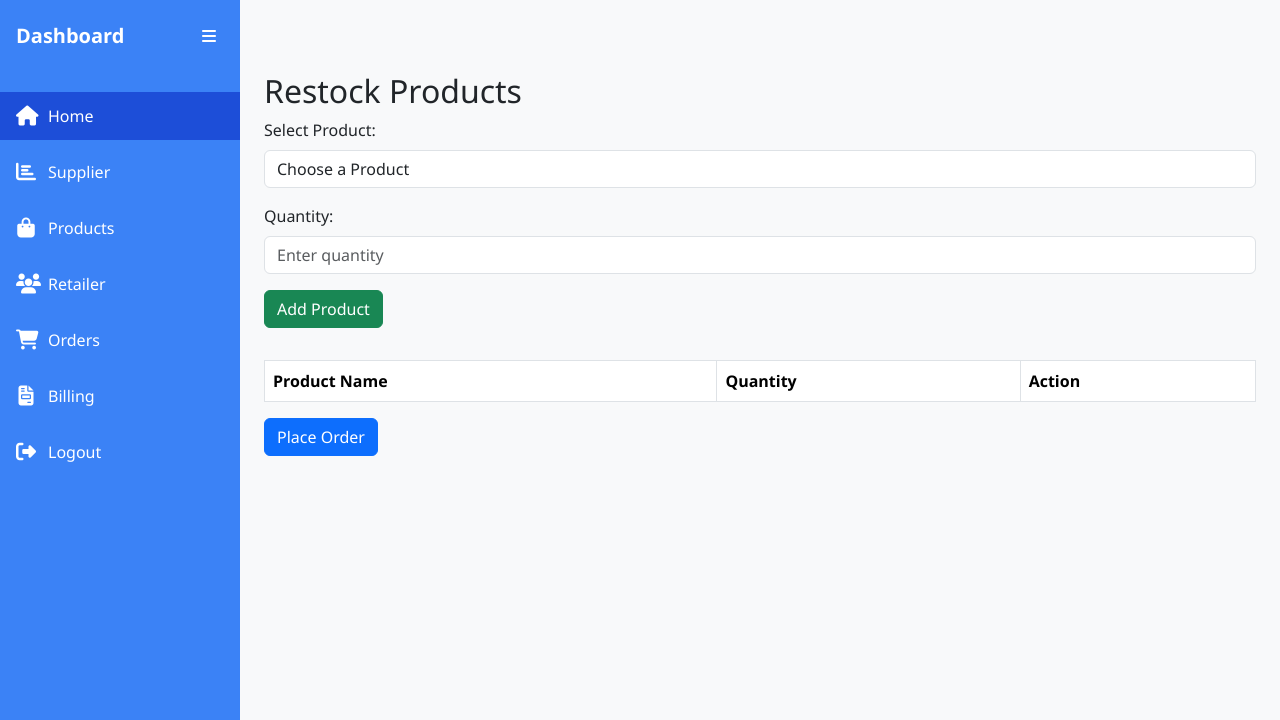
Repository: AditiAjitSalvi/Inventory_Managment
Page: http://localhost/Paper_inventory/NewFile.jsp
These files come from the project's save history. The page is drawn as it stood at one moment and after the next save; the edit follows.
The browser window is 1280 px wide. The pictures show the whole page.
The page is served by Tomcat 10. Other server files are loaded and not shown. Queries for data that is not in the repository find no rows.

Above is the page before, as saved 2025-06-04 14:02:56.

### Paper_inventory/Paper_inventory/src/main/webapp/NewFile.jsp
<%@ page language="java" contentType="text/html; charset=UTF-8"
	pageEncoding="UTF-8"%>
<%@ page import="java.sql.*"%>
<%@page import="java.sql.DriverManager"%>
<%@page import="com.mysql.cj.jdbc.Driver"%>
<%@page import="java.sql.ResultSet"%>
<%@page import="java.sql.Statement"%>
<%@page import="java.sql.Connection"%>

<!DOCTYPE html>
<html lang="en">
<head>
<meta charset="UTF-8">
<meta name="viewport" content="width=device-width, initial-scale=1.0">
<title>Create Purchase Order</title>
<!-- Bootstrap CSS -->
<link
	href="https://cdn.jsdelivr.net/npm/bootstrap@5.3.2/dist/css/bootstrap.min.css"
	rel="stylesheet">
<!-- Font Awesome for icons -->
<link rel="stylesheet"
	href="https://cdnjs.cloudflare.com/ajax/libs/font-awesome/6.4.2/css/all.min.css">
<!-- Custom CSS -->
<style>
/* Main Layout */
body {
	margin: 0;
	padding: 0;
	background-color: #f8f9fa;
	font-family: 'Segoe UI', Tahoma, Geneva, Verdana, sans-serif;
}

.dashboard-container {
	display: flex;
	min-height: 100vh;
}

/* Sidebar Styles */
.sidebar {
	width: 240px;
	background-color: #3b82f6; /* Blue 600 equivalent */
	color: white;
	transition: all 0.3s ease-in-out;
	display: flex;
	flex-direction: column;
}

.sidebar.collapsed {
	width: 64px;
}

.sidebar-header {
	display: flex;
	justify-content: space-between;
	align-items: center;
	padding: 16px;
}

.sidebar-title {
	font-size: 1.25rem;
	font-weight: bold;
	margin: 0;
}

.sidebar-toggle {
	background: transparent;
	border: none;
	color: white;
	cursor: pointer;
	padding: 8px;
}

.sidebar-toggle:hover {
	background-color: rgba(255, 255, 255, 0.1);
	border-radius: 4px;
}

.sidebar-menu {
	display: flex;
	flex-direction: column;
	padding-top: 16px;
}

.sidebar-link {
	display: flex;
	align-items: center;
	padding: 12px 16px;
	text-decoration: none;
	color: white;
	margin: 4px 0;
	transition: background-color 0.2s;
}

.sidebar-link:hover {
	background-color: #2563eb; /* Blue 700 equivalent */
	color: white;
}

.sidebar-link.active {
	background-color: #1d4ed8; /* Blue 800 equivalent */
	color: white;
}

.sidebar-link i {
	font-size: 1.25rem;
	width: 20px;
	text-align: center;
}

.sidebar-link .link-text {
	margin-left: 12px;
	white-space: nowrap;
}

.sidebar.collapsed .sidebar-title, .sidebar.collapsed .link-text {
	display: none;
}

/* Main Content */
.main-content {
	flex: 1;
	padding: 24px;
	overflow-y: auto;
}

/* Stat Cards */
.stat-card {
	border-radius: 8px;
	border: 1px solid rgba(0, 0, 0, 0.125);
	box-shadow: 0 1px 3px rgba(0, 0, 0, 0.1);
}

.stat-icon {
	font-size: 1.25rem;
	color: #6b7280; /* Text muted equivalent */
}

.stat-title {
	font-size: 0.875rem;
	color: #6b7280; /* Text muted equivalent */
	margin-bottom: 4px;
}

.stat-value {
	font-size: 1.5rem;
	font-weight: bold;
	margin: 0;
}

/* Chart Container */
.chart-container {
	height: 320px;
	width: 100%;
}

/* Product Visualization */
.product-visualization {
	height: 256px;
	background-color: #312e81; /* Indigo 950 equivalent */
	border-radius: 50%;
}

/* Status Badges */
.status {
	padding: 4px 8px;
	border-radius: 4px;
	font-size: 0.75rem;
	font-weight: 500;
	display: inline-block;
	text-align: center;
}

.status.pending {
	background-color: #fff8e6;
	color: #d97706; /* Amber 500 equivalent */
}

.status.urgent {
	background-color: #fef2f2;
	color: #ef4444; /* Red 500 equivalent */
}

.status.completed {
	background-color: #ecfdf5;
	color: #10b981; /* Green 500 equivalent */
}

/* Orders Page Styles */
.orders-container {
	max-width: 100%;
	margin: 0 auto;
}

.search-wrapper {
	width: 300px;
}

.order-table {
	font-size: 0.9rem;
}

.order-table th {
	font-weight: 600;
	color: #4b5563;
	border-bottom-width: 1px;
}

.order-table td {
	vertical-align: middle;
}

.order-table .form-check {
	margin: 2;
}

/* Responsive Adjustments */
@media ( max-width : 768px) {
	.sidebar {
		width: 64px;
	}
	.sidebar .sidebar-title, .sidebar .link-text {
		display: none;
	}
	.main-content {
		padding: 16px;
	}
	.orders-container .btn-group {
		display: flex;
		flex-direction: column;
	}
	.orders-container .btn-group .btn {
		margin-bottom: 8px;
		margin-right: 0 !important;
	}
	.search-wrapper {
		width: 100%;
		margin-bottom: 16px;
	}
}

.action-buttons {
	position: absolute;
	right: 20px;
	top: 150px;
	display: flex;
	gap: 10px;
}

@media ( max-width : 992px) {
	.orders-container .d-flex {
		flex-direction: column;
	}
	.orders-container .d-flex .btn {
		margin-bottom: 8px;
	}
}

.card:hover {
	transform: translateY(-5px);
	box-shadow: 0 10px 20px rgba(0, 0, 0, 0.1);
	transition: 0.3s ease;
}
</style>
</head>
<body>
	<div class="dashboard-container">
		<!-- Sidebar -->
		<div class="sidebar" id="sidebar">
			<div class="sidebar-header">
				<h2 class="sidebar-title">Dashboard</h2>
				<button class="btn sidebar-toggle" id="sidebarToggle">
					<i class="fa fa-bars"></i>
				</button>
			</div>
			<div class="sidebar-menu">
				<a href="Home.jsp" class="sidebar-link active"> <i class="fa fa-home"></i>
					<span class="link-text">Home</span>
				</a> <a href="" class="sidebar-link"> <i class="fa fa-chart-bar"></i>
					<span class="link-text">Supplier</span>
				</a> <a href="Product.jsp" class="sidebar-link"> <i class="fa fa-shopping-bag"></i>
					<span class="link-text">Products</span>
				</a> <a href="Retailer.jsp" class="sidebar-link"> <i class="fa fa-users"></i> <span
					class="link-text">Retailer</span>
					<a href="Order.jsp" class="sidebar-link">
						<i class="fa fa-shopping-cart"></i> <span class="link-text">Orders</span>
				</a>

				</a> <a href="Billing.jsp" class="sidebar-link"> <i class="fa fa-file-invoice"></i>
					<span class="link-text">Billing</span>
				</a> <a href="Login.html" class="sidebar-link"> <i
					class="fa fa-sign-out-alt"></i> <span class="link-text">Logout</span>
				</a>
			</div>
		</div>

		<div class="main-content container mt-5">
			<h2>Restock Products</h2>
			<form action="SavePurchase.jsp" method="post" id="purchaseForm">
				<div class="mb-3">
					<label for="product" class="form-label">Select Product:</label> <select
						class="form-control" id="product" name="product">
						<option value="" disabled selected>Choose a Product</option>
						<%
						try {
							Class.forName("com.mysql.cj.jdbc.Driver");
							Connection con = DriverManager.getConnection("jdbc:mysql://localhost:3307/inventory", "root", "");
							Statement stmt = con.createStatement();
							ResultSet rs = stmt.executeQuery("SELECT product_id, product_name FROM products");
							while (rs.next()) {
						%>
						<option value="<%=rs.getInt("product_id")%>"
							data-name="<%=rs.getString("product_name")%>">
							<%=rs.getString("product_name")%>
						</option>
						<%
						}
						con.close();
						} catch (Exception e) {
						out.println("Error loading products: " + e.getMessage());
						}
						%>
					</select>
				</div>

				<div class="mb-3">
					<label for="quantity" class="form-label">Quantity:</label> <input
						type="number" class="form-control" id="quantity" min="1"
						placeholder="Enter quantity">
				</div>

				<button type="button" class="btn btn-success mb-3"
					onclick="addProduct()">Add Product</button>


				<table class="table table-bordered mt-3" id="productTable">
					<thead>
						<tr>
							<th>Product Name</th>
							<th>Quantity</th>
							<th>Action</th>
						</tr>
					</thead>
					<tbody>
						<!-- Dynamically filled by JS -->
					</tbody>
				</table>

				<button type="submit" class="btn btn-primary">Place Order</button>


			</form>
		</div>
	</div>

	<script
		src="https://cdn.jsdelivr.net/npm/bootstrap@5.3.2/dist/js/bootstrap.bundle.min.js"></script>
	<!--<script>

	// Wait for the DOM to be fully loaded
	document.addEventListener('DOMContentLoaded', function() {
		// Sidebar toggle functionality
		const sidebarToggle = document.getElementById('sidebarToggle');
		const sidebar = document.getElementById('sidebar');

		sidebarToggle.addEventListener('click', function() {
			sidebar.classList.toggle('collapsed');
		});

		// Check if we're on mobile
		function checkMobile() {
			if (window.innerWidth < 768) {
				sidebar.classList.add('collapsed');
			} else {
				sidebar.classList.remove('collapsed');
			}
		}

		// Initial check
		checkMobile();

		// Listen for window resize
		window.addEventListener('resize', checkMobile);
  let purchaseProducts = [];

  function addProduct() {
	  const productSelect = document.getElementById('product');
	  const selectedOption = productSelect.options[productSelect.selectedIndex];
	  const quantityInput = document.getElementById('quantity');
	  const tableBody = document.getElementById('productTable').getElementsByTagName('tbody')[0];

	  const productId = productSelect.value;
	  const productName = selectedOption.getAttribute('data-name') || selectedOption.text;
	  const quantity = parseInt(quantityInput.value);

	  if (!productId) {
	    alert("Please select a product.");
	    return;
	  }

	  if (isNaN(quantity) || quantity <= 0) {
	    alert("Please enter a valid quantity.");
	    return;
	  }

	  if (purchaseProducts.some(p => p.productId === productId)) {
	    alert("Product already added. Remove it before adding again.");
	    return;
	  }

	  // Add to array
	  purchaseProducts.push({ productId, productName, quantity });

	  // Add to table
	  const newRow = tableBody.insertRow();
	  newRow.setAttribute("data-product-id", productId);

	  // Use insertCell instead of innerHTML
	  const cell0 = newRow.insertCell(0);
	  cell0.innerText = productName;
	  const hiddenInputId = document.createElement("input");
	  hiddenInputId.type = "hidden";
	  hiddenInputId.name = "productId[]";
	  hiddenInputId.value = productId;
	  cell0.appendChild(hiddenInputId);

	  const cell1 = newRow.insertCell(1);
	  cell1.innerText = quantity;
	  const hiddenInputQty = document.createElement("input");
	  hiddenInputQty.type = "hidden";
	  hiddenInputQty.name = "quantity[]";
	  hiddenInputQty.value = quantity;
	  cell1.appendChild(hiddenInputQty);

	  const cell2 = newRow.insertCell(2);
	  cell2.innerHTML = `<button type="button" class="btn btn-danger btn-sm" onclick="removeProduct(this)">Remove</button>`;

	  // Reset form
	  productSelect.selectedIndex = 0;
	  quantityInput.value = "";
	}


  function removeProduct(button) {
    const row = button.closest("tr");
    const productId = row.getAttribute("data-product-id");

    // Remove from array
    purchaseProducts = purchaseProducts.filter(p => p.productId !== productId);

    // Remove row
    row.remove();
  }
</script>-->


</body>
</html>

After the next save:
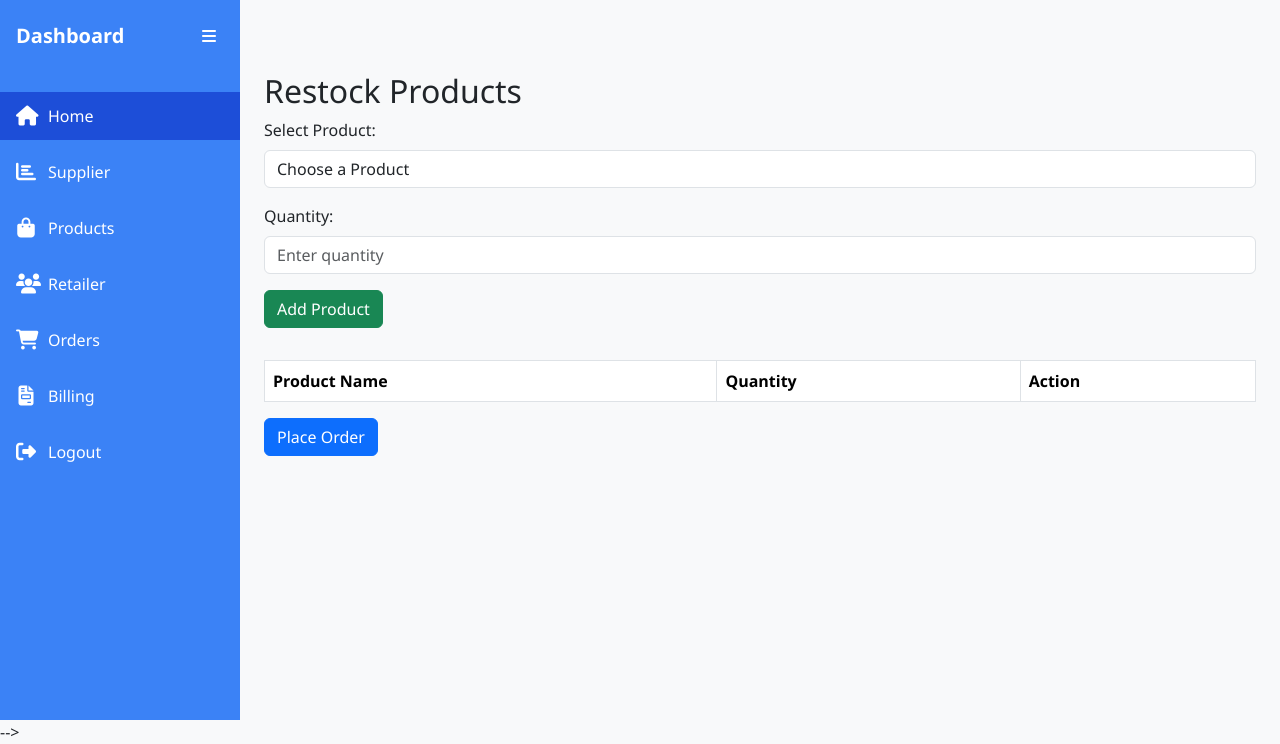
Console error: SyntaxError: Unexpected end of input
Saved 9 s later.
--- a/Paper_inventory/Paper_inventory/src/main/webapp/NewFile.jsp
+++ b/Paper_inventory/Paper_inventory/src/main/webapp/NewFile.jsp
@@ -354,7 +354,7 @@ body {
 
 	<script
 		src="https://cdn.jsdelivr.net/npm/bootstrap@5.3.2/dist/js/bootstrap.bundle.min.js"></script>
-	<!--<script>
+	<script>
 
 	// Wait for the DOM to be fully loaded
 	document.addEventListener('DOMContentLoaded', function() {

After the save that followed:
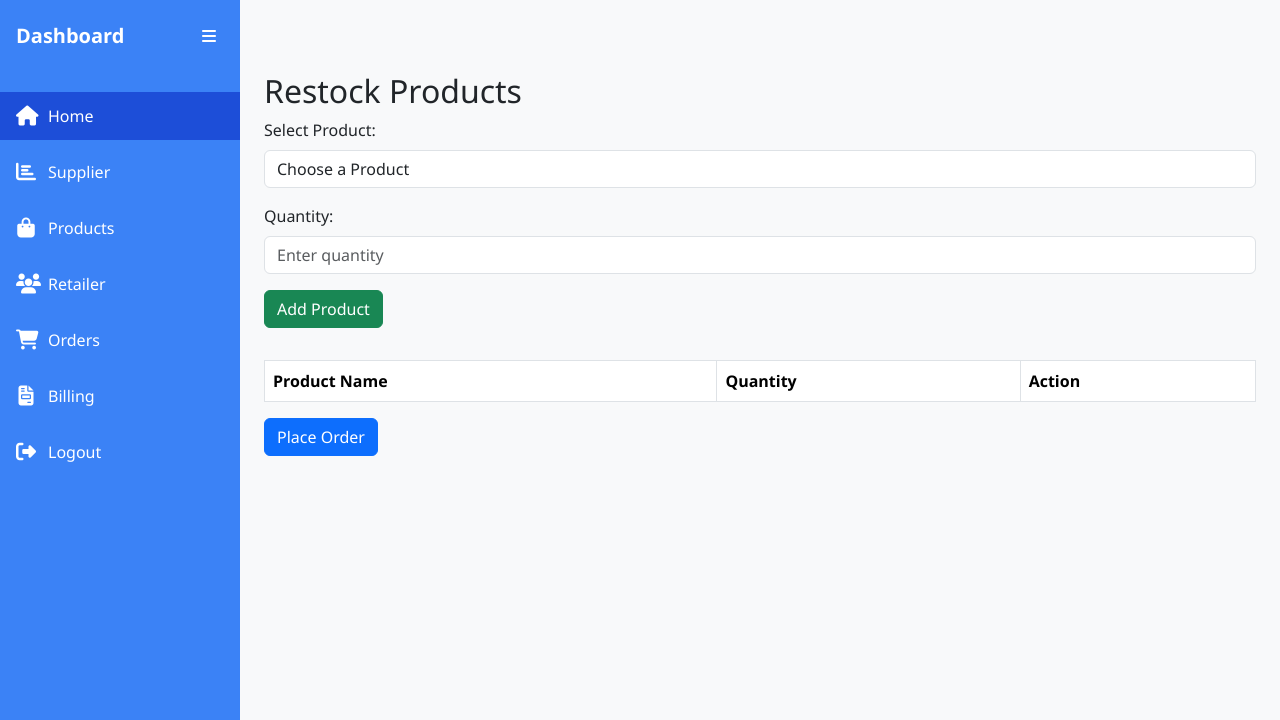
Saved 5 s later.
--- a/Paper_inventory/Paper_inventory/src/main/webapp/NewFile.jsp
+++ b/Paper_inventory/Paper_inventory/src/main/webapp/NewFile.jsp
@@ -450,7 +450,7 @@ body {
     // Remove row
     row.remove();
   }
-</script>-->
+</script>
 
 
 </body>
